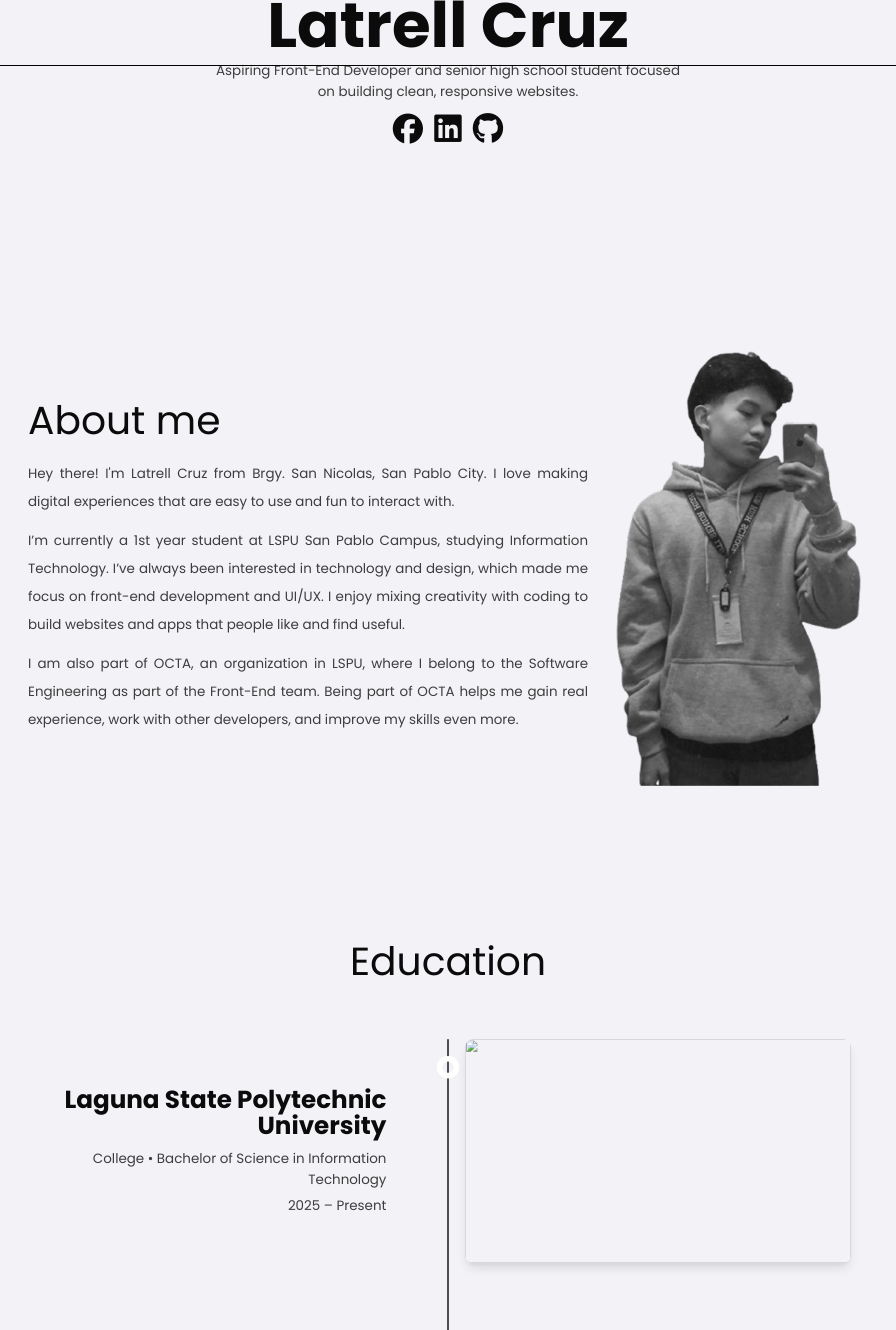
Repository: Latrell26/Portfolio-schoolProject
Page: /
These files come from the project's save history. The page is drawn as it stood at one moment and after the next save; the edit follows.
The browser window is 1280 px wide. The pictures show the part of the page from y = 272 to 2172 px (the page is 6276 px tall), at 70% of full size.
Pictures or frames that could not be fetched are drawn as grey boxes. The project was rebuilt for these pictures with package versions that can differ from the ones it lists, and the page was loaded fresh each time. Also part of the build but not shown: svelte.config.js, vite.config.js.

Above is the page before, as saved 2026-01-02 22:30:28.

### index.html
<!doctype html>
<html lang="en">
  <head>
    <meta charset="UTF-8" />
    <link rel="icon" type="image/svg+xml" href="/vite.svg" />
    <meta name="viewport" content="width=device-width, initial-scale=1.0" />
    <title>my-portfolio</title>
    <link rel="preconnect" href="https://fonts.googleapis.com">
<link rel="preconnect" href="https://fonts.gstatic.com" crossorigin>
<link href="https://fonts.googleapis.com/css2?family=Poppins:ital,wght@0,100;0,200;0,300;0,400;0,500;0,600;0,700;0,800;0,900;1,100;1,200;1,300;1,400;1,500;1,600;1,700;1,800;1,900&display=swap" rel="stylesheet">
 <link
    rel="stylesheet"
    href="https://cdnjs.cloudflare.com/ajax/libs/font-awesome/6.5.0/css/all.min.css"
  />
  </head>
  <body>
    <div id="app"></div>
    <script type="module" src="/src/main.js"></script>
  </body>
</html>

### src/app.css
@import "tailwindcss";

@theme {
  --color-dark: var(--dark);
  --color-medyolight: var(--medyolight);
  --color-light: var(--light);
}

:root {
  font-family: poppins;
  line-height: 1.5;
  font-weight: 400;
  color-scheme: light dark;
  color: #0B0B0B;
  background-color: #F2F2F7;
  font-synthesis: none;
  text-rendering: optimizeLegibility;
  -webkit-font-smoothing: antialiased;
  -moz-osx-font-smoothing: grayscale;
  --dark: #0B0B0B;
  --light: #F2F2F7;
  --medyolight: #3D3D3D;
  --light_bg: #F2F2F7;

  --tooltip-bg: var(--dark);
  --tooltip-text: var(--light);
  --tooltip-border: var(--dark);
}

.dark-mode {
  --dark: #0B0B0B;
  --medyolight: #E0E0E0;
  --light: #F2F2F7;
  --light_bg: #0B0B0B;
}

.dark-mode {
  background-color: var(--dark);
  color: var(--light);
  border-top-color: var(--light);
}

html{
  scroll-behavior: smooth;
  transition: color 0.3s ease;

}

h1 {
  font-size: clamp(4rem, 7vw, 8rem);
  font-weight: 700;
  line-height: 1.1;
}
h2 {
  font-size: clamp(2rem, 6vw, 3.5rem);
  line-height: 1.1;
}
h3 {
  font-size: clamp(2rem, 6vw, 2.2rem);
  line-height: 1.1;
}
h4 {
  font-size: clamp(1rem, 6vw, 2rem);
  line-height: 1.1;
}
h5{
  font-size: clamp(2rem, 3vw, 2.5rem);
}
p{
  font-size: clamp(1rem, 6vw, 1.2rem);
  color: var(--medyolight);
}

span{
  color: var(--light);
}

.border-light {
  border-color: transparent;
}
.border-t-light {
  border-top-color: var(--dark);
}

@keyframes slide {
    from {
      transform: translateX(-100%);
    }
    to {
      transform: translateX(0);
    }
  }

### src/App.svelte
<script>
  import svelteLogo from "./assets/svelte.svg";
  import viteLogo from "/vite.svg";
  import NavBar from "./lib/navBar.svelte";
  import Footer from "./lib/footer.svelte";
  import * as img from "./imagedata.js";
  import { projects } from "./lib/arrayObjectsData.js";
  import { education } from "./lib/arrayObjectsData.js";
  import ProjectCard from "./lib/components-cards.svelte";
  import TimelineItem from "./lib/TimeLineItem.svelte";
  const icons = [
    { src: img.csharplogo, name: "C#" },
    { src: img.csslogo, name: "CSS" },
    { src: img.htmllogo, name: "HTML" },
    { src: img.javalogo, name: "Java" },
    { src: img.jslogo, name: "JavaScript" },
    { src: img.pythonlogo, name: "Python" },
    { src: img.sveltelogo, name: "Svelte" },
    { src: img.tailwindlogo, name: "Tailwind CSS" },
    { src: img.figmalogo, name: "Figma" },
    { src: img.supabaselogo, name: "Supabase" },
    { src: img.firebaselogo, name: "Firebase" },
    { src: img.github, name: "GitHub" },
    { src: img.gitlogo, name: "Git" },
  ];
</script>

<main class="max-w-330 mx-auto pt-2 px-4 lg:px-10 duration-300">
  <NavBar />
  <section
    class="h-screen flex flex-col justify-center items-center text-center"
    id="home"
  >
    <div>
      <h1 class="font-bold">Latrell Cruz</h1>
      <p class=" text-lg max-w-2xl">
        Aspiring Front-End Developer and senior high school student focused on
        building clean, responsive websites.
      </p>
    </div>

    <div class="flex flex-row gap-4 mt-4 justify-center items-center">
      <a href="https://www.facebook.com/share/1Da6x7yam2/">
        <i class="fa-brands fa-facebook text-[2.7rem] hover:text-[#1877F2] duration-300"></i>
      </a>
      <a href="https://www.linkedin.com/in/latrell-cruz-a11975387/">
        <i class="fa-brands fa-linkedin text-[2.8rem] hover:text-[#0A66C2] duration-300"></i>
      </a>
      <a href="https://github.com/Latrell26">
        <i class="fa-brands fa-github text-[2.8rem] duration-300"></i>
      </a>
    </div>
  </section>

  <section class="mb-35 pt-10" id="about">
    <div class="flex flex-wrap justify-between items-center">
      <div class="flex flex-col">
        <h2 class="mb-6">About me</h2>
        <div class="max-w-[50rem] leading-10 flex-1 text-justify">
          <p>
            Hey there! I'm Latrell Cruz from Brgy. San Nicolas, San Pablo City.
            I love making digital experiences that are easy to use and fun to
            interact with.
          </p>
          <p class="mt-4">
            I’m currently a 1st year student at LSPU San Pablo Campus, studying
            Information Technology. I’ve always been interested in technology
            and design, which made me focus on front-end development and UI/UX.
            I enjoy mixing creativity with coding to build websites and apps
            that people like and find useful.
          </p>
          <p class="mt-4">
            I am also part of OCTA, an organization in LSPU, where I belong to
            the Software Engineering as part of the Front-End team.
            Being part of OCTA helps me gain real experience, work with other
            developers, and improve my skills even more.
          </p>
        </div>
      </div>
      <img src={img.me} alt="me" class="hidden xl:block w-auto h-auto" />
    </div>
  </section>
  <section id="education" class="py-20 px-6">
  <div class="max-w-6xl mx-auto">
    <h2 class="text-center mb-20">Education</h2>

    <div class="relative">
      <div class="absolute left-1/2 transform -translate-x-1/2 w-0.5 bg-dark h-full hidden lg:block"></div>

      <div class="space-y-0">
        {#each education as edu, i}
          <TimelineItem
            school={edu.school}
            level={edu.level}
            year={edu.year}
            image={edu.imageSrc}
            imageAlt={edu.imageAlt}
            isLeft={i % 2 === 0}
          />
        {/each}
      </div>
    </div>
  </div>
</section>
  <section class="mb-5">
    <h3 class="flex justify-center items-center">Tech I Use</h3>
    <div class="relative overflow-hidden py-4 pt-12">
      <div
        class="pointer-events-none absolute inset-0 z-10
          bg-[linear-gradient(to_right,var(--light_bg)_0%,transparent_20%,transparent_80%,var(--light_bg)_100%)]
          "
      ></div>

      <div class="flex animate-[slide_26s_linear_infinite] gap-8 md:gap-16">
  <div class="flex gap-8 md:gap-16 flex-none">
    {#each icons as icon}
      <div class="relative group">
        <img
          src={icon.src}
          alt={icon.name}
          class="flex-none
                 h-12 w-12 sm:h-16 sm:w-16 md:h-24 md:w-24
                 transition-transform duration-300 ease-out
                 group-hover:scale-110 group-hover:-translate-y-2
                 cursor-pointer"
        />

        <span
          class="tooltip absolute bottom-full left-1/2 -translate-x-1/2 mb-3
                 px-3 sm:px-4 py-1 sm:py-2 text-xs sm:text-sm font-medium
                 rounded-lg opacity-0 group-hover:opacity-100
                 pointer-events-none whitespace-nowrap
                 transition-opacity duration-300 ease-out shadow-lg"
        >
          {icon.name}
          <span
            class="absolute top-full left-1/2 -translate-x-1/2
                   border-4 sm:border-8 border-light border-t-light"
          ></span>
        </span>
      </div>
    {/each}
  </div>

  <div class="flex gap-8 md:gap-16 flex-none">
    {#each icons as icon}
      <div class="relative group">
        <img
          src={icon.src}
          alt={icon.name}
          class="flex-none
                 h-12 w-12 sm:h-16 sm:w-16 md:h-24 md:w-24
                 transition-transform duration-300 ease-out
                 group-hover:scale-110 group-hover:-translate-y-2
                 cursor-pointer"
        />

        <span
          class="tooltip absolute bottom-full left-1/2 -translate-x-1/2 mb-3
                 px-3 sm:px-4 py-1 sm:py-2 text-xs sm:text-sm font-medium
                 rounded-lg opacity-0 group-hover:opacity-100
                 pointer-events-none whitespace-nowrap
                 transition-opacity duration-300 ease-out shadow-lg"
        >
          {icon.name}
          <span
            class="absolute top-full left-1/2 -translate-x-1/2
                   border-4 sm:border-8 border-light border-t-light"
          ></span>
        </span>
      </div>
    {/each}
  </div>
</div>

      </div>
  </section>

  <section class="mb-70 pt-20" id="projects">
    <h2 class="text-center mb-8">What I Build</h2>
    <div class="flex flex-wrap justify-center">
      <div class="grid grid-cols-1 lg:grid-cols-2 gap-16">
        {#each projects as project}
          <ProjectCard
            image={project.image}
            title={project.title}
            text={project.text}
            logo={project.logo || []}
            url={project.url}
          />
        {/each}
      </div>
    </div>
  </section>
  <section id="contact" class="pt-20">
    <Footer />
  </section>
</main>

<style>
  .tooltip {
    background-color: #0b0b0b;
    color: #f2f2f7;
    border-color: #0b0b0b;
  }

  .tooltip span {
    border-top-color: #0b0b0b;
  }

  :global(.dark-mode) .tooltip {
    background-color: #f2f2f7;
    color: #0b0b0b;
    border-color: #f2f2f7;
  }

  :global(.dark-mode) .tooltip span {
    border-top-color: #f2f2f7;
  }
</style>

### src/lib/navBar.svelte
<script>
  import { onMount } from "svelte";

  let isDark = false;
  let currentIcon;
  let menuOpen = false;
  let scrolled = false;
  let activeSection = "home";

  let prevScrollY = 0;
  let navbarVisible = true;
  let forceHide = false;

  const sunIcon = `
    <svg xmlns="http://www.w3.org/2000/svg" viewBox="0 0 24 24"
         fill="none" stroke="currentColor" class="w-4 h-4">
      <path stroke-linecap="round" stroke-linejoin="round" stroke-width="2"
            d="M12 3v1m0 16v1m9-9h-1M4 12H3
               m15.364 6.364l-.707-.707
               M6.343 6.343l-.707-.707
               m12.728 0l-.707.707
               M6.343 17.657l-.707.707
               M16 12a4 4 0 11-8 0 4 4 0 018 0z"/>
    </svg>
  `;

  const moonIcon = `
    <svg xmlns="http://www.w3.org/2000/svg" viewBox="0 0 24 24"
         fill="none" stroke="currentColor" class="w-4 h-4">
      <path stroke-linecap="round" stroke-linejoin="round" stroke-width="2"
            d="M20.354 15.354A9 9 0 018.646 3.646
               9.003 9.003 0 0012 21
               a9.003 9.003 0 008.354-5.646z"/>
    </svg>
  `;

  function applyDarkMode(value) {
    document.documentElement.classList.toggle("dark-mode", value);
    localStorage.setItem("darkMode", value);
    currentIcon = value ? moonIcon : sunIcon;
  }

  function toggleDarkMode() {
    isDark = !isDark;
    applyDarkMode(isDark);
  }

  function hideNavbarAfterClick() {
    forceHide = true;
    navbarVisible = false;
    setTimeout(() => forceHide = false, 1200);
  }

  onMount(() => {
    const saved = localStorage.getItem("darkMode");
    isDark = saved !== null
      ? saved === "true"
      : window.matchMedia("(prefers-color-scheme: dark)").matches;
    applyDarkMode(isDark);

    const handleScroll = () => {
      if (forceHide) return;

      const currentScrollY = window.scrollY;
      scrolled = currentScrollY > 50;

      if (currentScrollY > prevScrollY && currentScrollY > 100) {
        navbarVisible = false;
      } else if (currentScrollY < prevScrollY) {
        navbarVisible = true;
      }

      if (currentScrollY <= 10) navbarVisible = true;
      prevScrollY = currentScrollY;
    };

    window.addEventListener("scroll", handleScroll);

    const sections = document.querySelectorAll("section[id]");
    const observer = new IntersectionObserver(
      entries => {
        entries.forEach(entry => {
          if (entry.isIntersecting) activeSection = entry.target.id;
        });
      },
      { threshold: 0.5 }
    );
    sections.forEach(sec => observer.observe(sec));

    return () => {
      window.removeEventListener("scroll", handleScroll);
      observer.disconnect();
    };
  });
</script>

<nav
  class={`fixed top-0 left-0 right-0 z-50 py-2 transition-all duration-300 ease-out
  bg-transparent ${scrolled ? "bg-white/10 border-b border-white/20 backdrop-blur-xl shadow-md" : "border-b border-transparent"}
  ${navbarVisible ? "translate-y-0" : "-translate-y-full"}`}
>
  <div class="flex justify-between items-center max-w-7xl mx-auto px-4">
    <h5 class="font-semibold">LC</h5>

    <ul class="hidden md:flex gap-12 text-lg">
      {#each ["home","about","education","projects","contact"] as item}
        <li class="hover:underline underline-offset-4">
          <a href={`#${item}`} on:click={hideNavbarAfterClick}
             class={activeSection === item ? "underline" : ""}>
            {item[0].toUpperCase() + item.slice(1)}
          </a>
        </li>
      {/each}
    </ul>

    <button class="md:hidden text-2xl" on:click={() => menuOpen = true}>☰</button>

    <button
      on:click={toggleDarkMode}
      class="hidden md:flex relative w-14 h-7 rounded-full bg-white shadow-md flex items-center cursor-pointer"
    >
      <div class="w-7 h-7 rounded-full transition-all duration-300 flex items-center justify-center text-white
                  {isDark ? 'bg-dark translate-x-7' : 'bg-yellow-500 translate-x-0'}">
        {@html currentIcon}
      </div>
    </button>
  </div>
</nav>

<div
  class={`fixed top-0 right-0 h-full w-64 bg-black/80 backdrop-blur-xl text-white p-6 z-40
    transition-transform duration-300 ${menuOpen ? "translate-x-0" : "translate-x-full"}`}
>
  <button class="text-3xl mb-6" on:click={() => menuOpen = false}>✕</button>

  <button
    on:click={toggleDarkMode}
    class="relative w-14 h-7 rounded-full bg-white shadow-md flex items-center cursor-pointer mb-6"
  >
    <div class="w-7 h-7 rounded-full transition-all duration-300 flex items-center justify-center text-white
                {isDark ? 'bg-dark translate-x-7' : 'bg-yellow-500 translate-x-0'}">
      {@html currentIcon}
    </div>
  </button>

  <ul class="flex flex-col gap-6 text-xl">
    {#each ["home","about","education","projects","contact"] as item}
      <li>
        <a href={`#${item}`} on:click={() => { menuOpen = false; hideNavbarAfterClick(); }}
           class={activeSection === item ? "underline" : ""}>
          {item[0].toUpperCase() + item.slice(1)}
        </a>
      </li>
    {/each}
  </ul>
</div>

<style>
  .dark-mode {
    --dark: #0B0B0B;
    --light: #F2F2F7;
    background-color: var(--dark);
    color: var(--light);
  }
</style>

### src/lib/footer.svelte
    <script>
    import * as img from "../imagedata.js";
    </script>

    <footer class="" >
    <div class="max-w-7xl mx-auto">

        <div class="max-w-2xl">

        <h2 class="">Let's work together</h2>

        <form class="mt-10 space-y-8">
            <div>
            <p class="">Name</p>
            <input
                type="text"
                required
                placeholder="Yourname"
                class="w-full px-0 py-2 bg-transparent border-b-2
                    focus:outline-none
                    placeholder-medyolight"
            />
            </div>

            <div>
            <p class="">Email</p>
            <input
                type="email"
                required
                placeholder="your.email@example.com"
                class="w-full px-0 py-2 bg-transparent border-b-2
                    focus:outline-none
                    placeholder-medyolight"
            />
            </div>
            <div>
            <p class="">Message</p>
            <textarea
                required
                rows="3"
                placeholder="Say hello..."
                class="w-full px-0 py-2 bg-transparent border-b-2
                    focus:outline-none
                    resize-none placeholder-medyolight"
            ></textarea>
            </div>

            <button
            type="submit"
            class="px-8 py-4 bg-dark rounded-lg text-light cursor-pointer hover:bg-light border-1  hover:text-dark duration-400 ease-out"
            >
            Send message
            </button>
        </form>

        <div class="flex flex-row items-center gap-4 mt-16">
            <a
            href="https://www.facebook.com/share/1Da6x7yam2/"
            >
            <i class="fa-brands fa-facebook text-[2.2rem] hover:text-[#1877F2] duration-300"></i>

            </a>
            <a
            href="https://www.linkedin.com/in/latrell-cruz-a11975387/"
            >
            <i class="fa-brands fa-linkedin text-[2.3rem] hover:text-[#0A66C2] duration-300"></i>

            </a>
            <a
            href="https://github.com/Latrell26"
            >
            <i class="fa-brands fa-github text-[2.3rem] duration-300"></i>
            </a>
        </div>


        <div class="mt-16 mb-8">
            <h6 class="text-sm text-medyolight">© 2025 Latrell Cruz. All rights reserved.</h6>
        </div>

        </div>
    </div>
    </footer>

### src/imagedata.js
import facebook from "./assets/imgs/facebook.svg";
import github from "./assets/imgs/github.svg";
import linkedin from "./assets/imgs/linkedin.svg";
import me from "./assets/imgs/me.png";
import csharplogo from "./assets/imgs/csharplogo.png";
import csslogo from "./assets/imgs/csslogo.png";
import htmllogo from "./assets/imgs/htmllogo.png";
import javalogo from "./assets/imgs/javalogo.png";
import jslogo from "./assets/imgs/jslogo.png";
import pythonlogo from "./assets/imgs/pythonlogo.png";
import sveltelogo from "./assets/imgs/sveltelogo.png";
import tailwindlogo from "./assets/imgs/tailwindlogo.png";
import figmalogo from "./assets/imgs/figmalogo.png";
import supabaselogo from "./assets/imgs/supabaselogo.png";
import firebaselogo from "./assets/imgs/firebaselogo.png";
import gitlogo from "./assets/imgs/gitlogo.png";
import insideStyle from "./assets/imgs/insideStyle.png";
import raiohDesign from "./assets/imgs/raiohDesign.png";
import antellDesgin from "./assets/imgs/antellDesgin.png";
import antelldesign from "./assets/imgs/antelldesign.svg";
import raiohdesign from "./assets/imgs/raiohdesign.svg";
import insidestyledesign from "./assets/imgs/insidestyledesign.svg";
import facebookdm from "./assets/imgs/facebookdm.svg";
import linkeindm from "./assets/imgs/linkeindm.svg";
import lspu from "./assets/imgs/lspu.png";
import central from "./assets/imgs/central.png";

export{
    facebook,
    github,
    linkedin,
    me,
    csharplogo,
    csslogo,
    htmllogo,
    javalogo,
    jslogo,
    pythonlogo,
    sveltelogo,
    tailwindlogo,
    figmalogo,
    supabaselogo,
    firebaselogo,
    gitlogo,
    insideStyle,
    raiohDesign,
    antellDesgin,
    antelldesign,
    raiohdesign,
    insidestyledesign,
    linkeindm,
    facebookdm,
    lspu,
    central,
}

### src/lib/components-cards.svelte
<script>
    export let image = "";
    export let title = "";
    export let text = "";
    export let logo = [];
    export let url = "#";

    let isDisabled = title === "Soon...";
</script>

<div class="group">
    <a
        href={isDisabled ? "#" : url}
        target="_blank"
        rel="noopener noreferrer"
        class={`block ${isDisabled ? 'pointer-events-none cursor-not-allowed' : ''}`}
    >
        <div class="mb-4 relative rounded-lg overflow-hidden">
            <div>
                <img
                    src={image}
                    alt={title}
                    class={`w-[600px] h-[350px] object-cover transition-transform duration-400 ease-out
                        ${isDisabled ? '' : 'group-hover:scale-104 cursor-pointer'}`}
                />

                <div class={`absolute inset-0
                            ${isDisabled ? 'opacity-0' : 'opacity-0 group-hover:opacity-100'}
                            transition-opacity duration-400 ease-out
                            backdrop-blur-sm
                            bg-white/5
                            flex items-end justify-center pb-8
                            pointer-events-none`}
                >
                    {#if !isDisabled}
                    <div class="bg-white/20 backdrop-blur-lg rounded-xl px-6 py-2 border border-white/30 shadow-xl
                                translate-y-4 group-hover:translate-y-0 transition-transform duration-400 ease-out">
                        <p class=" tracking-wide drop-shadow-lg">
                            <span>View project →</span>

                        </p>
                    </div>
                    {/if}
                </div>
            </div>
        </div>
    </a>

    <div>
        <h3 class="font-semibold mb-2">
            {title}
        </h3>

        <p class="leading-relaxed mb-2 max-w-[37rem] text-justify">
            {text}
        </p>

        <div class="flex gap-2 flex-wrap">
            {#each logo as icon}
                <img
                    src={icon}
                    alt="tech icon"
                    class="w-10 h-10 md:w-12 md:h-12 object-contain"
                />
            {/each}
        </div>
    </div>
</div>

### src/lib/TimeLineItem.svelte
<script>
  export let school = "";
  export let level = "";
  export let year = "";
  export let image = "";
  export let imageAlt = "";
  export let isLeft = true;
</script>

<div class="grid grid-cols-1 lg:grid-cols-2 gap-12 items-center relative mb-24">
    <div class={`text-left lg:text-right lg:pr-16 ${isLeft ? "order-2 lg:order-1" : "order-2 lg:order-2 text-right lg:text-left lg:pl-16"}`}>
        <h3 class="text-2xl md:text-3xl font-bold">{school}</h3>
        <p class="mt-3 text-lg">{level}</p>
        <p class="mt-2 ">{year}</p>
    </div>

    <div class={`${isLeft ? "order-1 lg:order-2" : "order-1 lg:order-1"}`}>
        <div class="rounded-xl shadow-lg overflow-hidden">
            <img
                src={image}
                alt={imageAlt}
                class="w-full h-80 object-cover transition-transform duration-500 hover:scale-105"
            />
        </div>
    </div>

    <div class="hidden lg:block absolute left-1/2 transform -translate-x-1/2 w-4 h-4 bg-primary rounded-full ring-8 ring-white dark:ring-gray-900 top-8"></div>
</div>

Loaded but not shown: src/main.js (common file); src/lib/arrayObjectsData.js (59 lines, source omitted)

After the next save:
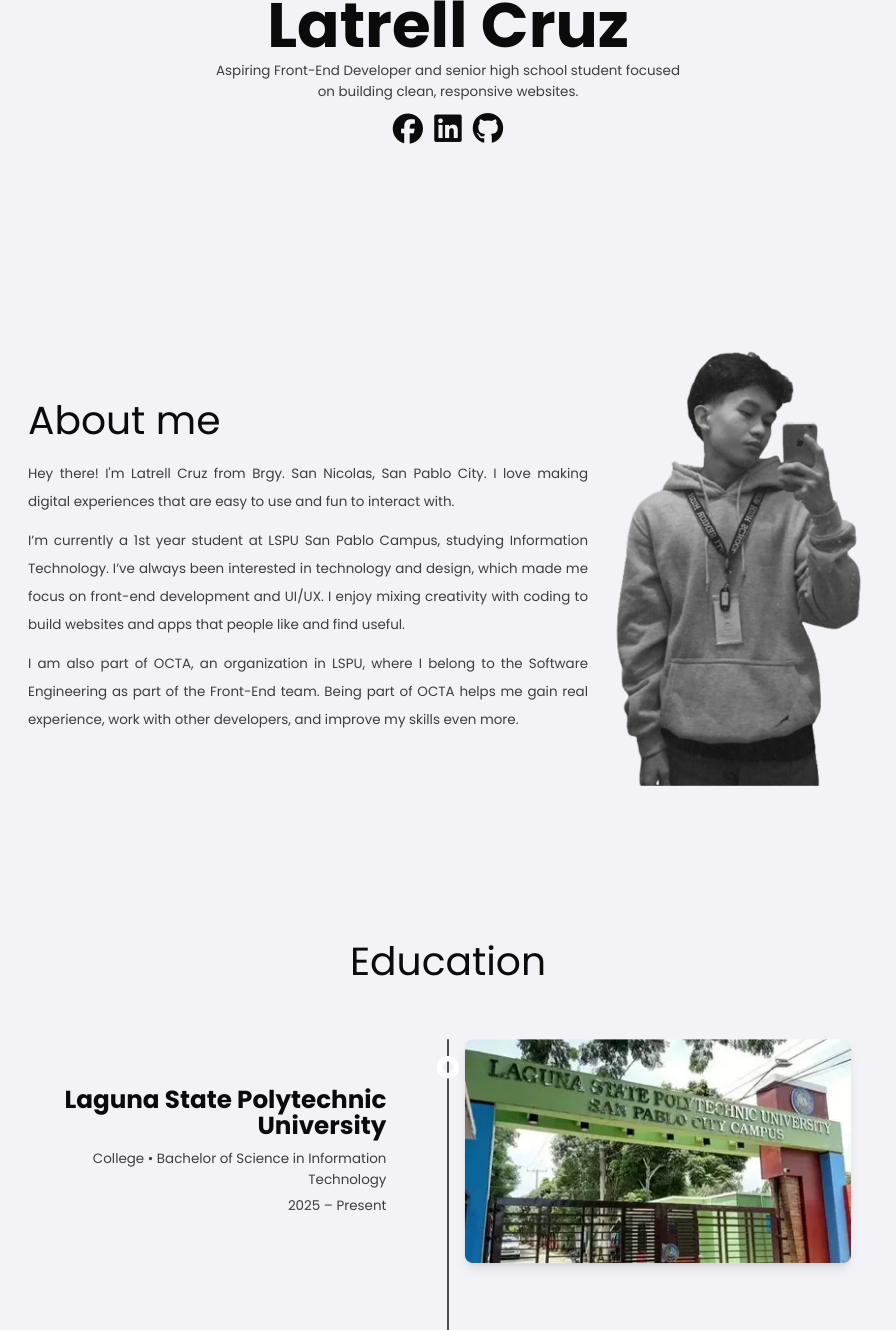
Saved 9 s later.
--- a/src/App.svelte
+++ b/src/App.svelte
@@ -93,7 +93,7 @@
             school={edu.school}
             level={edu.level}
             year={edu.year}
-            image={edu.imageSrc}
+            image={edu.image}
             imageAlt={edu.imageAlt}
             isLeft={i % 2 === 0}
           />
